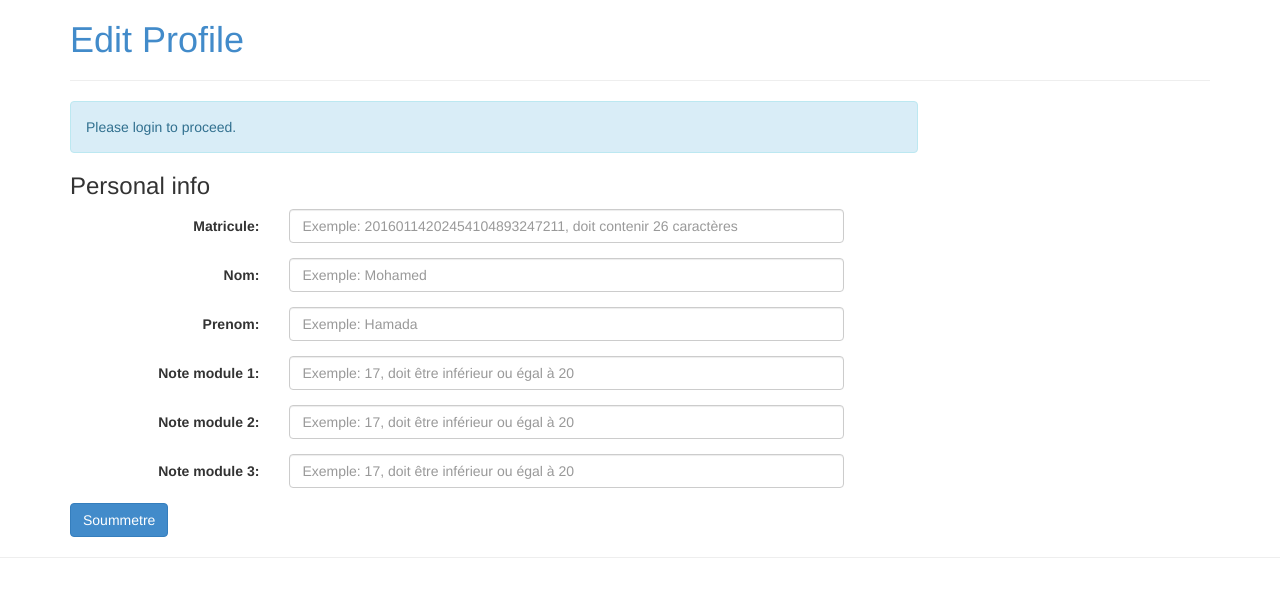
Repository: tt5300447/parakeet
Page: http://localhost/
These files come from the project's save history. The page is drawn as it stood at one moment and after the next save; the edit follows.
The browser window is 1280 px wide. The pictures show the whole page.
The page is run by PHP 8.4 with error messages shown; the project is at /var/www/html/.

Above is the page before, as saved 2022-06-21 16:53:09.
Console error (its wording comes from the project's code and is left out).

### Copier/htdocs/Ajouter/index.php
<!DOCTYPE html>
<html lang="en">

<head>
    <meta charset="UTF-8">
    <meta http-equiv="X-UA-Compatible" content="IE=edge">
    <meta name="viewport" content="width=device-width, initial-scale=1.0">
    <title>Update </title>
    <link rel="stylesheet" href="style.css">
    <link rel="stylesheet" href="bootstrap.min.css">

    <link rel="shortcut icon" type="image/x-icon" href="update.png">
    <link rel="apple-touch-icon" sizes="76x76" href="update.png">

    <link rel="alternate" type="application/rss+xml" href="rss">
</head>

<body>
    <div class="container bootstrap snippets bootdey">
        <h1 class="text-primary">Edit Profile</h1>
        <hr>
        <div class="row">
            <!-- left column -->
            <!-- edit form column -->
            <div class="col-md-9 personal-info">
                <div class="alert alert-info alert-dismissable">
                    <?php
                        $servername = "localhost";
                        $username = "root";
                        $password = "";
                        $db = "scolarite";
                        // Create connection
                        $conn = new mysqli($servername, $username, $password,$db);
                        // Check connection
                        if ($conn->connect_error) {
                            die("Connection failed: " . $conn->connect_error);
                        }
                        if ($_SERVER['REQUEST_METHOD'] === 'POST') {
                            $Name = $_POST['Name'];
                            $password = $_POST['password'];
                            $result = $conn->query("SELECT username, pword FROM users WHERE username = '$username' AND pword = '$password'");
                            if($result->num_rows == 0) {
                                echo "Username or password incorrect";
                            } else {
                                header("Location: /scolarite");
                                exit();
                            }
                        }
                        else {
                            echo "Please login to proceed.";
                        }
                    ?>
                    <a class="panel-close close" data-dismiss="alert"></a>
                </div>
                <h3>Personal info</h3>
                <form class="form-horizontal" method="post" role="form">
                    <div class="form-group">
                        <label class="col-lg-3 control-label">Matricule:</label>
                        <div class="col-lg-8">
                            <input class="form-control" name="matricule" type="text" placeholder="Exemple: 20160114202454104893247211, doit contenir 26 caractères" />
                        </div>
                    </div>
                    <div class="form-group">
                        <label class="col-lg-3 control-label">Nom:</label>
                        <div class="col-lg-8">
                            <input class="form-control" name="nom" type="text" placeholder="Exemple: Mohamed" />
                        </div>
                    </div>
                    <div class="form-group">
                        <label class="col-lg-3 control-label">Prenom:</label>
                        <div class="col-lg-8">
                            <input class="form-control" name="prenom" type="text" placeholder="Exemple: Hamada" />
                        </div>
                    </div>

                    <div class="form-group">
                        <label class="col-lg-3 control-label">Note module 1:</label>
                        <div class="col-lg-8">
                            <input class="form-control" name="module_1" type="number" placeholder="Exemple: 17, doit être inférieur ou égal à 20" />
                        </div>
                    </div>
                    <div class="form-group">
                        <label class="col-lg-3 control-label">Note module 2:</label>
                        <div class="col-lg-8">
                            <input class="form-control" name="module_2" type="text" placeholder="Exemple: 17, doit être inférieur ou égal à 20" />
                        </div>
                    </div><div class="form-group">
                        <label class="col-lg-3 control-label">Note module 3:</label>
                        <div class="col-lg-8">
                            <input class="form-control" name="module_3" type="text" placeholder="Exemple: 17, doit être inférieur ou égal à 20" />
                        </div>
                    </div>
                    <button type="submit" class="btn btn-primary">Soummetre</button>
                </form>
            </div>
        </div>
    </div>
    <hr>
    <script type="text/javascript" src="popper.min.js"></script>
    <script src="bootstrap.min.js"></script>
    <script type="text/javascript" src="script.js"></script>
</body>

</html>

### Copier/htdocs/Ajouter/style.css
body {
    margin-top: 20px;
}

.avatar {
    width: 200px;
    height: 200px;
}

### Copier/htdocs/Ajouter/script.js
//signup form validation
$(function() {
    $("#errorname").hide();
    $("#errorusername").hide();
    $("#erroremail").hide();
    $("#errorpass").hide();
    $("#errorconpass").hide();

    var error_name = false;
    var error_username = false;
    var error_email = false;
    var error_pass = false;
    var error_conpass = false;

    $("#form_name").focusout(function() {
        checkName();
    });
    $("#form_username").focusout(function() {
        checkUserName();
    });
    $("#form_email").focusout(function() {
        checkEmail();
    });
    $("#form_pwd").focusout(function() {
        checkPass();
    });
    $("#form_conpwd").focusout(function() {
        checkConPass();
    });

    // check name
    function checkName() {
        var name = $("#form_name").val();
        var pattern = new RegExp(/^[a-zA-Z ]{5,30}$/);
        if (!pattern.test(name)) {
            $("#errorname").html("Should be between 5-30 contains only space");
            $("#errorname").show(300);
            error_name = true;
        } else {
            $("#errorname").hide(400);
        }
    }
    // check username
    function checkUserName() {
        var username = $("#form_username").val();
        var pattern = new RegExp(/^[a-zA-Z0-9._]{6,20}$/);
        if (!pattern.test(username)) {
            $("#errorusername").html(
                "Should be between 6-20 contains only alphabets numbers . _"
            );
            $("#errorusername").show(300);
            error_username = true;
        } else {
            $("#errorusername").hide(400);
        }
    }

    //check email
    function checkEmail() {
        var pattern = new RegExp(
            /^[+a-zA-Z0-9._-]+@[a-zA-Z0-9.-]+\.[a-zA-Z]{2,4}$/i
        );
        if (pattern.test($("#form_email").val())) {
            $("#erroremail").hide(400);
        } else {
            $("#erroremail").html("Invalid email address");
            $("#erroremail").show(300);
            error_email = true;
        }
    }

    // check password
    function checkPass() {
        var password = $("#form_pwd").val();
        var pattern = new RegExp(
            /^(?=.*?[A-Z])(?=.*?[a-z])(?=.*?[0-9])(?=.*?[#?!@$%^&*-]).{8,}$/
        );

        if (!pattern.test(password)) {
            $("#errorpass").html(
                "Should be at least a uppercase,lowercase,number,special characters and minimum length 8"
            );
            $("#errorpass").show(300);
            error_pass = true;
        } else {
            $("#errorpass").hide(400);
        }
    }

    // check confirm password
    function checkConPass() {
        var password = $("#form_pwd").val();
        var con_pass = $("#form_conpwd").val();
        if (password != con_pass) {
            $("#errorconpass").html("Password not match");
            $("#errorconpass").show(300);
            error_conpass = true;
        } else {
            $("#errorconpass").hide(400);
        }
    }

    //form submit
    $("#reg_form").submit(function() {
        error_name = false;
        error_username = false;
        error_email = false;
        error_pass = false;
        error_conpass = false;
        checkName();
        checkUserName();
        checkEmail();
        checkPass();
        checkConPass();

        if (
            error_name == false &&
            error_username == false &&
            error_email == false &&
            error_pass == false &&
            error_conpass == false
        ) {
            return true;
        } else {
            return false;
        }
    });
});

Loaded but not shown: Copier/htdocs/Ajouter/bootstrap.min.css (library); Copier/htdocs/Ajouter/popper.min.js (library); Copier/htdocs/Ajouter/bootstrap.min.js (library)

After the next save:
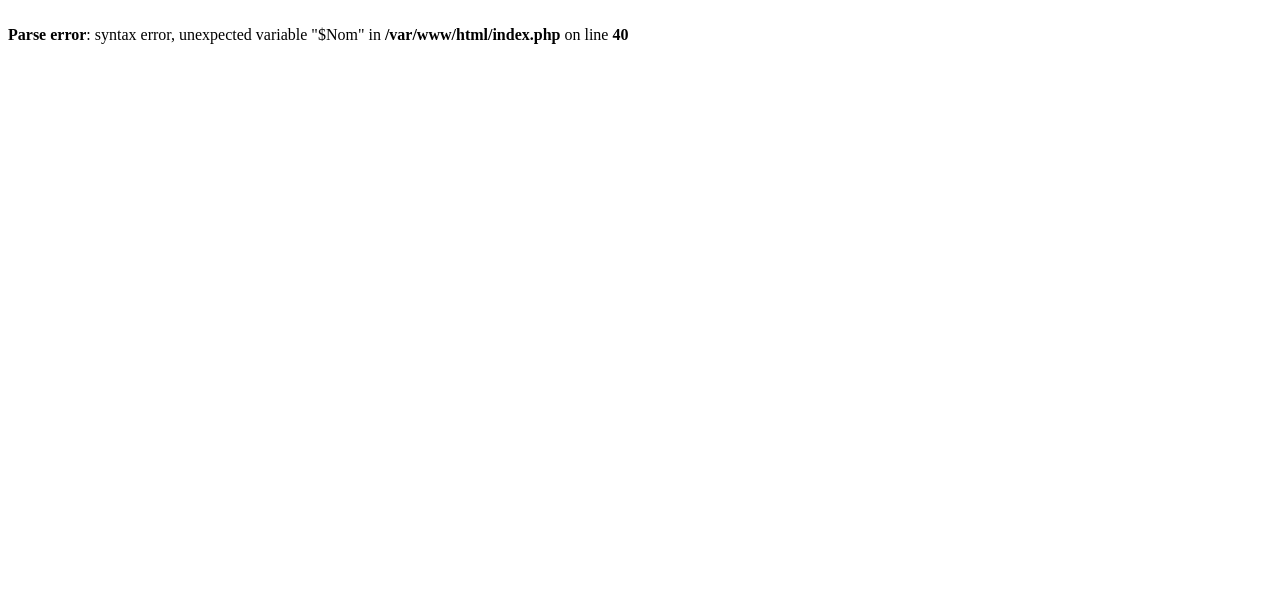
The error is gone.
Saved 60 s later.
--- a/Copier/htdocs/Ajouter/index.php
+++ b/Copier/htdocs/Ajouter/index.php
@@ -36,8 +36,9 @@
                             die("Connection failed: " . $conn->connect_error);
                         }
                         if ($_SERVER['REQUEST_METHOD'] === 'POST') {
-                            $Name = $_POST['Name'];
-                            $password = $_POST['password'];
+                            $Matricule = $_POST['matricule']
+                            $Nom = $_POST['Name'];
+                            $Prenom = $_POST['password'];
                             $result = $conn->query("SELECT username, pword FROM users WHERE username = '$username' AND pword = '$password'");
                             if($result->num_rows == 0) {
                                 echo "Username or password incorrect";
